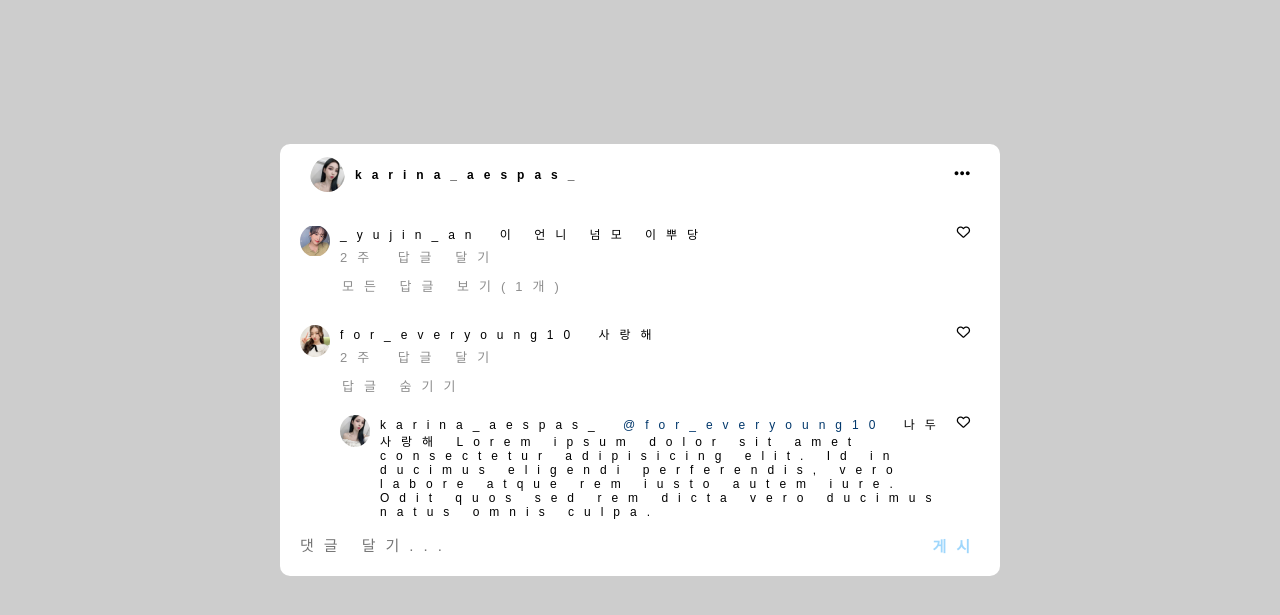
Repository: SNSFiestaTeam/Fiesta
Page: Fiesta/src/main/webapp/html/action/comment.html
The author's editor kept a copy of each file at every save. The page is drawn from the files as they stood at one save, then again after the next save.
The browser window is 1280 px wide. The pictures show the whole page.
Some web fonts or font styles are not loaded; a fallback is used. Some web libraries are served in a nearby version.

Above is the page before, as saved 2022-11-28 17:27:29.

### Fiesta/src/main/webapp/html/action/comment.html
<!DOCTYPE html>
<html lang="en">
  <head>
    <meta charset="UTF-8" />
    <meta http-equiv="X-UA-Compatible" content="IE=edge" />
    <meta name="viewport" content="width=device-width, initial-scale=1.0" />
    <title>Document</title>
    <link rel="stylesheet" href="../../resources/css/common-style.css" />
    <link rel="stylesheet" href="../../resources/css/comment-style.css" />

    <script
      src="https://kit.fontawesome.com/591746f9e8.js"
      crossorigin="anonymous"
    ></script>
  </head>
  <body>
    <section id="commentContainerM">
      <section id="commentListAreaM">
        <div id="writerInfoAreaM">
          <div id="writerInfoM">
            <a href="html/profile/memberfeed(신아민) .html" id="profilePhotoM">
              <img
                id="feedProfileImageM"
                src="../../resources/images/karina.jpeg"
              />
            </a>
            <a href="#" class="feed-memberId-m">karina_aespas_</a>
          </div>
          <div>
            <button
              type="button"
              id="feedHeaderMenuM"
              class="fa-solid fa-ellipsis feed-header-menu"
            ></button>
          </div>
        </div>

        <div class="comment-container-m">
          <div class="comment-area-m">
            <ul class="comment-list-m two-line">
              <!-- 첫번째 댓글(답글 보기 X) -->
              <li class="comment-m">
                <div class="comment-firstchild-m">
                  <a href="#" id="commentProfileM">
                    <img
                      id="commentProfileImageM"
                      src="../../resources/images/안유진.jpg"
                    />
                  </a>
                  <div>
                    <div class="comment-firstline-m">
                      <div>
                        <a href="#" class="comment-memberId-m">_yujin_an</a>
                        <span class="comment-content-m"
                          >이 언니 넘모 이뿌당</span
                        >
                      </div>
                      <div>
                        <button class="comment-like-btn-m">
                          <i class="fa-regular fa-heart"></i>
                        </button>
                      </div>
                    </div>
                    <div class="create-reply-m">
                      <a href="#">2주</a>
                      <a href="#">답글 달기</a>
                      <button
                        type="button"
                        class="fa-solid fa-ellipsis hover-btn-m"
                      ></button>
                    </div>
                  </div>
                </div>
                <a href="#" class="more-reply-m">모든 답글 보기(1개)</a>
              </li>

              <!-- 두번째 댓글(답글 보기 O) -->
              <li class="comment-m">
                <div class="comment-firstchild-m">
                  <a href="#" id="commentProfileM">
                    <img
                      id="commentProfileImageM"
                      src="../../resources/images/장원영.jpg"
                    />
                  </a>
                  <div>
                    <div class="comment-firstline-m">
                      <div>
                        <a href="#" class="comment-memberId-m"
                          >for_everyoung10</a
                        >
                        <span class="comment-content-m">사랑해</span>
                      </div>
                      <div>
                        <button class="comment-like-btn-m">
                          <i class="fa-regular fa-heart"></i>
                        </button>
                      </div>
                    </div>
                    <div class="create-reply-m">
                      <a href="#">2주</a>
                      <a href="#">답글 달기</a>
                      <button
                        type="button"
                        class="fa-solid fa-ellipsis hover-btn-m"
                      ></button>
                    </div>
                  </div>
                </div>
                <a href="#" class="more-reply-m">답글 숨기기</a>
                <!-- 답글 리스트 -->
                <ul>
                  <!-- 두번째 댓글의 답글 -->
                  <li class="comment-m" id="replyM">
                    <div class="reply-firstchild-m">
                      <a href="#" id="commentProfileM">
                        <img
                          id="commentProfileImageM"
                          src="../../resources/images/karina.jpeg"
                        />
                      </a>
                      <div>
                        <div class="reply-firstline-m">
                          <div>
                            <a href="#" class="comment-memberId-m"
                              >karina_aespas_</a
                            >
                            <a href="#" class="mention-m">@for_everyoung10</a>
                            <span class="comment-content-m"
                              >나두 사랑해 Lorem ipsum dolor sit amet
                              consectetur adipisicing elit. Id in ducimus
                              eligendi perferendis, vero labore atque rem iusto
                              autem iure. Odit quos sed rem dicta vero ducimus
                              natus omnis culpa.</span
                            >
                          </div>
                          <div>
                            <button class="comment-like-btn-m">
                              <i class="fa-regular fa-heart"></i>
                            </button>
                          </div>
                        </div>
                        <div class="create-reply-m">
                          <a href="#">2주</a>
                          <a href="#">답글 달기</a>
                          <button
                            type="button"
                            class="fa-solid fa-ellipsis hover-btn-m"
                          ></button>
                        </div>
                      </div>
                    </div>
                  </li>
                </ul>
              </li>

              <!-- 세번째 댓글 -->
              <li class="comment-m">
                <div class="comment-firstchild-m">
                  <a href="#" id="commentProfileM">
                    <img
                      id="commentProfileImageM"
                      src="../../resources/images/이영지.jpg"
                    />
                  </a>
                  <div>
                    <div class="comment-firstline-m">
                      <div>
                        <a href="#" class="comment-memberId-m">youngji_02</a>
                        <span class="comment-content-m">레전드</span>
                      </div>
                      <div>
                        <button class="comment-like-btn-m">
                          <i class="fa-regular fa-heart"></i>
                        </button>
                      </div>
                    </div>
                    <div class="create-reply-m">
                      <a href="#">2주</a>
                      <a href="#">답글 달기</a>
                      <button
                        type="button"
                        class="fa-solid fa-ellipsis hover-btn-m"
                      ></button>
                    </div>
                  </div>
                </div>
                <a href="#" class="more-reply-m">모든 답글 보기(1개)</a>
              </li>

              <!-- 네번째 댓글 -->
              <li class="comment-m">
                <div class="comment-firstchild-m">
                  <a href="#" id="commentProfileM">
                    <img
                      id="commentProfileImageM"
                      src="../../resources/images/이영지.jpg"
                    />
                  </a>
                  <div>
                    <div class="comment-firstline-m">
                      <div>
                        <a href="#" class="comment-memberId-m">youngji_02</a>
                        <span class="comment-content-m">레전드</span>
                      </div>
                      <div>
                        <button class="comment-like-btn-m">
                          <i class="fa-regular fa-heart"></i>
                        </button>
                      </div>
                    </div>
                    <div class="create-reply-m">
                      <a href="#">2주</a>
                      <a href="#">답글 달기</a>
                      <button
                        type="button"
                        class="fa-solid fa-ellipsis hover-btn-m"
                      ></button>
                    </div>
                  </div>
                </div>
                <a href="#" class="more-reply-m">모든 답글 보기(1개)</a>
              </li>

              <!-- 네번째 댓글 -->
            </ul>
          </div>
        </div>
        <div class="comment-input-area-m">
          <form name="commentForm" action="#">
            <input
              name="comment"
              id="commentInputM"
              class="comment-input-m"
              type="text"
              placeholder="댓글 달기..."
              autocomplete="off"
            />
            <button class="posting-btn" disabled>게시</button>
          </form>
        </div>
      </section>
    </section>
  </body>
</html>

### Fiesta/src/main/webapp/resources/css/common-style.css
@import url('https://fonts.googleapis.com/css2?family=Noto+Sans+KR:wght@100;300;400;500;700;900&display=swap');
@import url('https://fonts.googleapis.com/css2?family=Chewy&display=swap');
@import url('https://fonts.googleapis.com/css2?family=Leckerli+One&display=swap');
@import url('https://fonts.googleapis.com/css2?family=Cookie&display=swap');
@import './root-style.css';
@import url('https://fonts.googleapis.com/css2?family=Nanum+Gothic:wght@400;700;800&display=swap');
@import url('https://fonts.googleapis.com/css2?family=IBM+Plex+Sans+KR:wght@100;200;300;400;500&display=swap');

/* 전체 적용 스타일 */
* {
  margin: 0;
  padding: 0;
  box-sizing: border-box;
  list-style: none;
  /* font-family: 'Noto Sans KR', sans-serif; */
  /* font-family: 'Nanum Gothic', sans-serif; */
  font-family: 'IBM Plex Sans KR', sans-serif;
  letter-spacing: 10px;
}

a {
  text-decoration: none;
  color: black;
}

body {
  width: vw;
  font-size: 18px;
}

button {
  border: none;
  background-color: white;
}

footer {
  width: 100%;
  height: 134px;
  color: gray;
  font-size: var(--small-font-size);
  padding-bottom: 40px;

  display: flex;
  flex-direction: column;
  justify-content: space-around;
  align-items: center;
}

footer a {
  color: gray;
}

header {
  width: 100%;
  height: 60px;
  border-bottom: 1px solid #ccc;

  position: sticky;
  top: 0;
  background-color: white;

  display: flex;
  justify-content: center;
  z-index: 2;
}

header > section {
  width: 1000px;
  padding: 0 20px;

  display: flex;
  justify-content: space-between;
  align-items: center;
}

.logo-section a {
  font-family: 'Cookie', cursive;
  /* font-family: 'Chewy', cursive; */
  color: #dd4132;
  font-size: 50px;
  width: 120px;
  height: auto;
}

#logo {
  width: 120px;
  height: auto;
}

.search-section {
  width: 50%;

  display: flex;
  justify-content: center;
}

.search-section fieldset {
  height: 36px;
  width: 90%;
  background-color: --main-font-color;
  border: none;
  border-radius: 5px;

  display: flex;
  justify-content: center;
  align-items: center;
}

.search-section fieldset input {
  width: 200px;
}

#searchX {
  display: flex;
  justify-content: center;
  align-items: center;

  border-radius: 50%;

  display: none;
}

#searchX > i {
  background-color: #ccc;
  display: block;
  width: 15px;
  height: 15px;
  border-radius: 50%;
  font-size: 10px;

  display: flex;
  justify-content: center;
  align-items: center;
  color: white;
}

.search-section fieldset:focus-within > #search-glass {
  display: none;
}

.search-section fieldset:focus-within > #searchX {
  display: inline;
}

.search-section fieldset > input {
  height: 25px;
  border: none;
  outline: none;
  font-size: var(--madium-font-size);

  flex-basis: 80%;
}

.search-section fieldset > button {
  height: 25px;
  margin-right: 10px;
  font-size: 16px;
  color: var(--main-font-color);

  flex-basis: 10%;
}

nav {
  flex-shrink: 0;
}

nav > ul {
  font-size: var(--large-icon-size);

  display: flex;
  justify-content: space-between;
}

nav li {
  margin-left: 10px;
  flex-shrink: 0;

  text-align: center;
}

nav li > button {
  width: 100%;
  height: 100%;
  font-size: var(--large-icon-size);
}

nav li > button:active {
  color: var(--main-font-color);
}

nav li > a:active {
  color: var(--main-font-color);
}

nav i {
  flex-shrink: 0;
}

#searchBtn {
  display: none;
}

.toggle-search-section {
  display: none;
}

@media screen and (min-width: 1024px) {
  /* Desktop */
}

@media screen and (min-width: 471px) and (max-width: 1023px) {
  /* Tablet */
}

@media screen and (max-width: 780px) {
  .search-section > form {
    display: none;
  }

  #searchBtn {
    display: inline;
  }

  .toggle-search-section {
    width: 100vw;
    height: 80px;

    position: sticky;
    top: 60px;

    display: flex;
    justify-content: center;
    align-items: center;
    z-index: 40;
    display: none;
  }

  .toggle-search-section fieldset {
    height: 38px;
    width: 100%;
    background-color: #ffffff90;
    border: 1px solid #8e8e8e;
    border-radius: 5px;
    padding-left: 10px;

    display: flex;
    justify-content: center;
    align-items: center;
  }

  .toggle-search-section fieldset > input {
    height: 100%;
    width: 100%;
    border: none;
    outline: none;
    font-size: var(--madium-font-size);
    background-color: #ffffff00;

    flex-basis: 80%;
  }

  .toggle-search-section fieldset > button {
    height: 30px;
    margin-right: 10px;
    font-size: 16px;
    color: var(--fiesta-color);
    background-color: #ffffff00;

    flex-basis: 10%;
  }
}

@media screen and (max-width: 470px) {
  /* mobile */

  html {
    width: 100%;
  }

  body {
    width: vw;
  }

  footer {
    display: none;
  }

  #header-section {
    width: vw;
  }

  #newPost {
    width: 60px;
    height: 60px;
    border: 2px solid #8e8e8e;
    border-radius: 50%;
    background-color: white;
    display: flex;
    justify-content: center;
    align-items: center;

    font-size: 30px;

    position: fixed;
    bottom: 20px;
    right: 10px;
  }
}

### Fiesta/src/main/webapp/resources/css/comment-style.css
@import "./root-style.css";

#commentContainerM {
  width: 100vw;
  height: 100vh;
  background-color: #8e8e8e70;

  display: flex;
  align-items: center;
  justify-content: center;
}

#commentListAreaM {
  width: 70%;
  height: 60%;
  background-color: white;

  border-radius: 10px;

  padding: 10px 20px;
}

#commentListAreaM::-webkit-scrollbar {
  display: none;
}

#writerInfoAreaM {
  height: 10%;
  display: flex;
  justify-content: space-between;
  align-items: center;
}

#writerInfoM {
  display: flex;
  align-items: center;
}

.feed-header-m {
  height: 56px;

  flex-basis: 10%;

  display: flex;
  justify-content: space-between;
  align-items: center;
}

.fa-ellipsis {
  font-size: var(--large-font-size);
}

#writerInfoM {
  display: flex;
  align-items: center;
}

.feed-memberId-m {
  font-size: 16px;
  font-weight: bold;
}

#profilePhotoM {
  display: block;
  border-radius: 50%;
  width: 35px;
  height: 35px;
  overflow: hidden;
  margin: 10px;
  display: flex;
  justify-content: center;
  align-items: center;
}

#writerInfoM > a {
  font-size: var(--small-font-size);
}

#feedProfileImageM {
  width: 100%;
  border-radius: 50%;
}

#writerInfoM a,
#writerInfoM span {
  display: block;
}

#feedHeaderMenuM {
  cursor: pointer;
}

/* 댓글 */
.comment-container-m {
  height: 80%;
  overflow: auto;
}

.comment-container-m::-webkit-scrollbar {
  display: none;
}

.comment-container-m > button {
  display: block;
  padding-top: 8px;
  color: var(--main-font-color);
}

.comment-icon-menu-m a:hover {
  color: var(--main-font-color);
}

.comment-area-m > ul > li {
  width: 100%;
}

.comment-m {
  font-size: var(--small-font-size);
  display: flex;
  flex-direction: column;
}

.comment-firstline-m {
  display: flex;
  justify-content: space-between;
}

/* 댓글 상세보기 설정 */
a#commentProfileM {
  display: none;
}

.create-reply-m {
  display: none;
}
/* 댓글 상세보기 설정 여기까지 */

.comment-memberId-m {
  font-size: var(--small-font-size);
  font-weight: 500;
  margin-right: 5px;
}

.like-heart-m:hover {
  color: gray;
}

.mention-m {
  color: var(--mention-font-color);
  margin-right: 5px;
}

.comment-area-m li {
  display: flex;
  margin: 4px 0;
}

.create-date-m {
  color: var(--main-font-color);
  font-size: 10px;
  margin: 10px 0;
}

.more-reply-m {
  display: none;
}

.comment-input-area-m {
  margin: auto;
  height: 10%;
  font-size: var(--small-font-size);
}

.comment-input-area-m > form {
  height: 100%;
  display: flex;
  justify-content: space-between;
  align-items: center;
}

.comment-input-area-m input {
  border: 0;
  outline: none;
  flex-basis: 90%;
}

.comment-input-area-m button {
  color: var(--point-font-color);
  font-weight: bold;
}

.comment-input-area-m button:disabled {
  color: #0095f660;
  cursor: default;
}

/* 댓글 상세보기 설정 */
.comment-container-m {
  display: flex;
  flex-direction: column;
}

.comment-area-m > ul > li {
  justify-content: center;
  margin-top: 30px;
}

a#commentProfileM {
  display: flex;
  justify-content: center;
  align-items: center;
  width: 32px;
  height: 32px;
  border-radius: 50%;
  overflow: hidden;
  margin-right: 10px;

  object-fit: fill;
}

#commentProfileImageM {
  width: 100%;
}

.comment-firstchild-m {
  width: 100%;
  display: flex;
}

.comment-firstchild-m > div {
  width: 100%;
}

div.comment-firstline-m {
  width: 100%;
  display: flex;
  justify-content: space-between;
}

.comment-like-btn-m {
  cursor: pointer;
}

.reply-firstchild-m {
  display: flex;
}

.reply-firstchild-m > div {
  width: 100%;
}

div.reply-firstline-m {
  display: flex;
  justify-content: space-between;
}

.create-reply-m {
  margin-top: 5px;
  display: block;
}

.create-reply-m > a {
  color: #8e8e8e;
  font-size: 13px;
  margin-right: 5px;
}

.hover-btn-m {
  margin-left: 10px;
  color: white;
  cursor: pointer;
}

.create-reply-m:hover > .hover-btn-m {
  color: #8e8e8e;
}

.more-reply-m {
  display: block;
  margin-top: 10px;
  margin-left: 42px;
  font-size: 13px;
  color: #8e8e8e;
}

.more-reply-m::before {
  content: "";
}

/* 댓글 상세보기 스타일 end */

/* 답글 스타일 */
#replyM {
  margin-left: 40px;
  margin-top: 20px;
}
/* 답글 스타일 end */

/* 댓글 입력창 */

.comment-input-area-m > form {
  align-items: center;
  margin-bottom: 5px;
}

.comment-input-area-m > form > input {
  height: 100%;
  font-size: 15px;
}

.comment-input-area-m > form > button {
  font-size: 15px;
}

@media screen and (min-width: 1024px) {
  #commentListAreaM {
    width: 720px;
    height: 60%;
    background-color: white;

    border-radius: 10px;

    padding: 10px 20px;
  }
}

### Fiesta/src/main/webapp/resources/css/root-style.css
/* 루트 함수
공동으로 사용할 스타일을 미리 지정해놓고 사용 가능
스타일 지정시 지정할 스타일: 루트 함수명 으로 사용 가능
--만 타이핑 하면 자동완성 리스트가 뜨고
선택하면 var()함수까지 자동완성됨 */
:root {
  --background-color: white;
  --main-font-color: #8e8e8e;
  --icon-button-color: #262626;
  --point-font-color: #0095f6;
  --mention-font-color: #00376b;
  --fiesta-color: #dd4132;
  --small-font-size: 12px;
  --main-font-size: 13px;
  --madium-font-size: 16px;
  --large-icon-size: 24px;
}

After the next save:
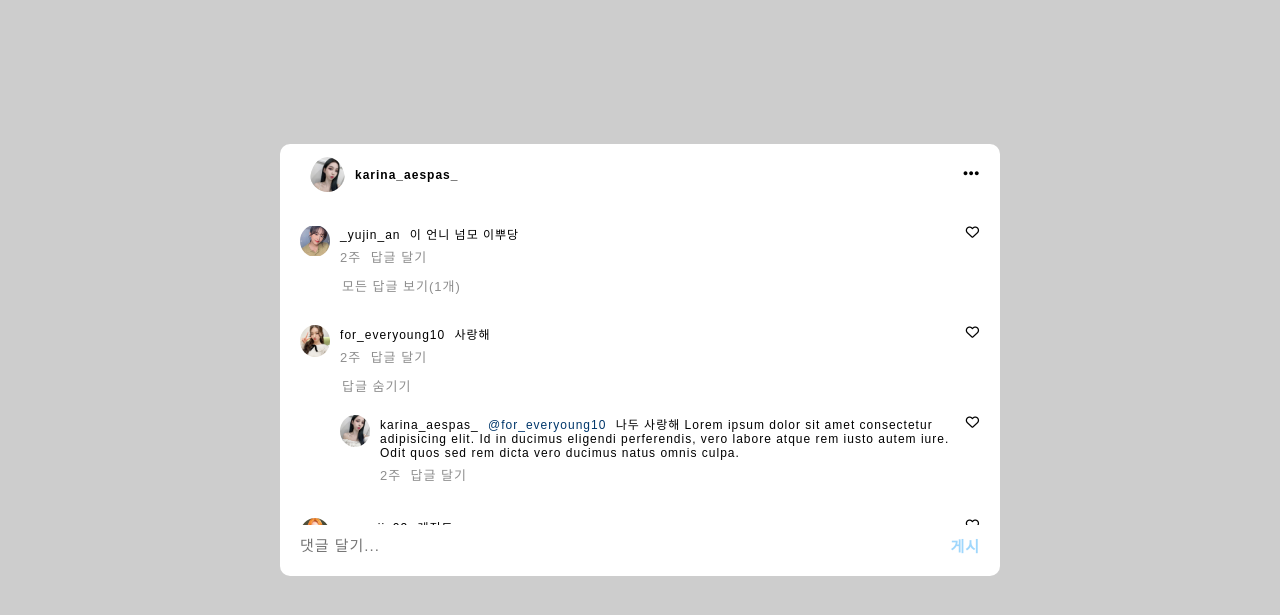
Saved 7 s later.
--- a/Fiesta/src/main/webapp/resources/css/common-style.css
+++ b/Fiesta/src/main/webapp/resources/css/common-style.css
@@ -15,7 +15,7 @@
   /* font-family: 'Noto Sans KR', sans-serif; */
   /* font-family: 'Nanum Gothic', sans-serif; */
   font-family: 'IBM Plex Sans KR', sans-serif;
-  letter-spacing: 10px;
+  letter-spacing: 1px;
 }
 
 a {
